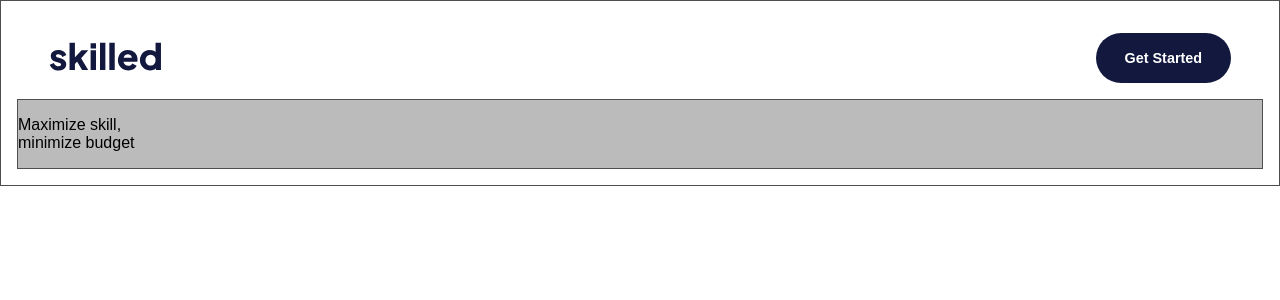
Repository: exe-walt/E-Learning-Landing-Page
Page: index.html
An editor plug-in stored every save of this project. The page is shown before and after a run of saves, followed by the edit.
The browser window is 1280 px wide. The pictures show the whole page.
Some web fonts or font styles are not loaded; a fallback is used.

Above is the page before, as saved 2025-05-27 19:36:23.

### index.html
<!DOCTYPE html>
<html lang="en">
<head>
  <meta charset="UTF-8">
  <meta name="viewport" content="width=device-width, initial-scale=1.0">
  <title>Skilled E-Learning Page</title>
  <link rel="stylesheet" href="css/style.css">
  <link href="https://fonts.cdnfonts.com/css/plus-jakarta-sans" rel="stylesheet">
</head>
<body>
  <div class="content-container">
    <nav>
      <div class="navbar">
        <ul>
          <li id="logo">
            <img src="img/skilled-logo.svg" alt="logo">
          </li>
          <li class="navbar-button">
            <button>Get Started</button>
          </li>
        </ul>
      </div>
    </nav>

    <section class="hero-section">
      <div class="hero-text">
        <p>Maximize skill, <br>minimize budget</p>
      </div>
    </section>
  </div>

</body>
</html>

### css/style.css
* {
  font-family: "Plus Jakarta Sans", sans-serif;
}
body {
  margin: 0;
  display: flex;
  justify-content: center;
  align-items: center;
}

.content-container {
  background-color: #ffffff;
  max-width: 100%;
  width: 100%;
  height: auto;
  padding: 1em;
  border: 1px solid #4f4f4f;
}

.navbar {
  display: flex;
  justify-content: space-between;
  align-items: center;
  padding: 1rem 2rem;
  background-color: white;
}

.navbar ul {
  display: flex;
  align-items: center;
  justify-content: space-between;
  width: 100%;
  list-style: none;
  margin: 0;
  padding: 0;
}

.logo img {
  height: 1.75rem;
  width: auto;
}

.navbar-button button {
  background-color: #13183F;
  color: white;
  border: none;
  width: 9.4em;
  height: 3.5em;
  border-radius: 1.8em;
  padding: 0.5rem 1.5rem;
  font-weight: 600;
  font-size: 0.9rem;
  cursor: pointer;
  transition: background-color 0.3s ease;
}

.navbar-button button:hover {
  background-color: #666ca3;
}
.hero-section{
  border: 1px solid #4f4f4f;
  display: flex;
  background-color: #bbbbbb;

}

After the next 2 saves:
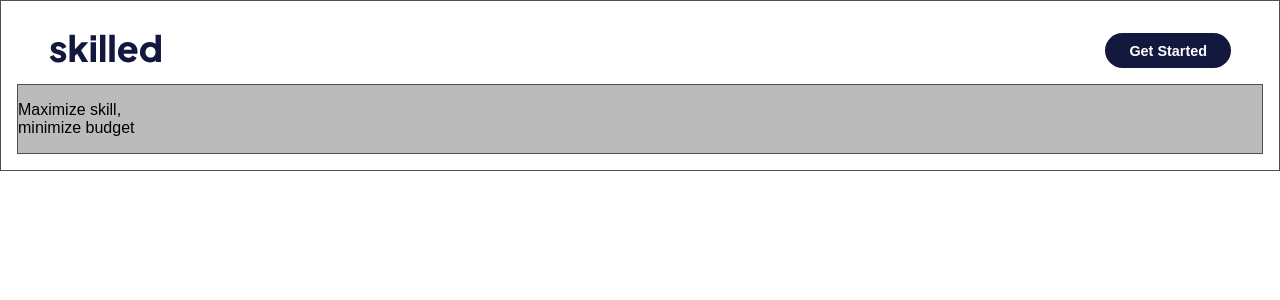
The 2 saves are shown as one change because they came seconds apart.
The last was saved 3 min 17 s later.
--- a/css/style.css
+++ b/css/style.css
@@ -44,10 +44,8 @@ body {
   background-color: #13183F;
   color: white;
   border: none;
-  width: 9.4em;
-  height: 3.5em;
-  border-radius: 1.8em;
-  padding: 0.5rem 1.5rem;
+  border-radius: 999px;
+  padding: 0.6rem 1.5rem;
   font-weight: 600;
   font-size: 0.9rem;
   cursor: pointer;
@@ -57,6 +55,7 @@ body {
 .navbar-button button:hover {
   background-color: #666ca3;
 }
+
 .hero-section{
   border: 1px solid #4f4f4f;
   display: flex;
